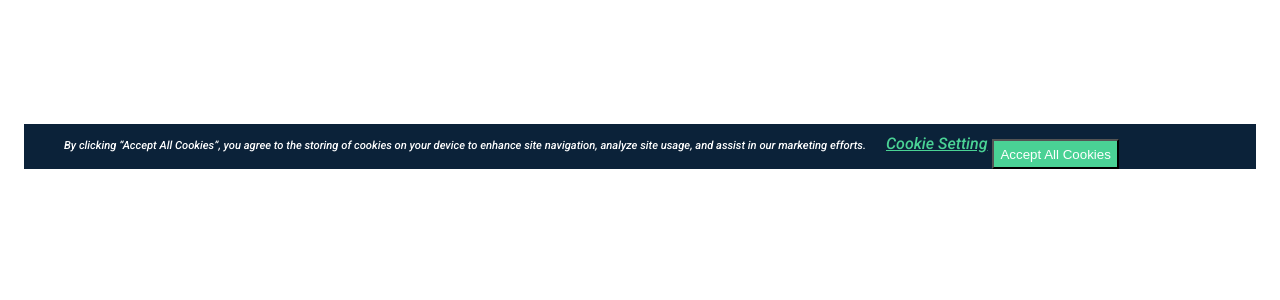
Repository: batonAnton/cursor_cookies_lectr3
Page: index.html
The author's editor kept a copy of each file at every save. The page is drawn from the files as they stood at one save, then again after the next save.
The browser window is 1280 px wide. The pictures show the whole page.

Above is the page before, as saved 2022-06-01 11:16:39.

After the next save:
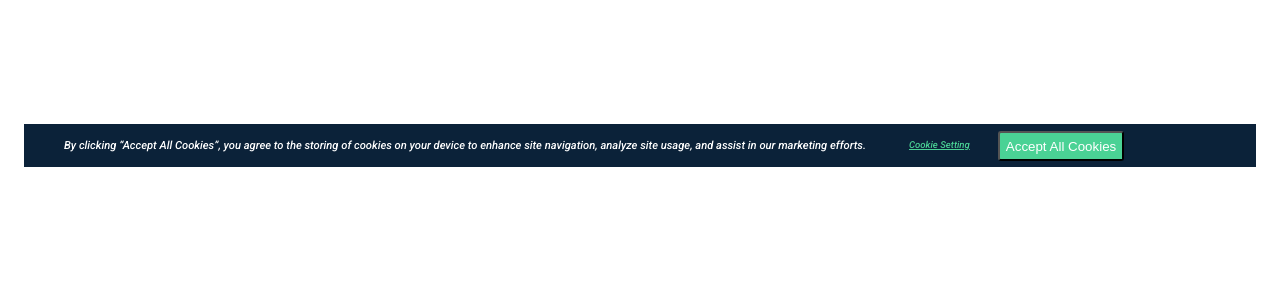
Saved 5 min 3 s later.
--- a/css/style.css
+++ b/css/style.css
@@ -20,18 +20,16 @@ p {
 
 .banner_1 a {
   color: #4ad295;
-  /* margin-left: 100px; */
-  /* margin-top: 30px; */
-  margin: 10px 5px;
+  margin: 15px 28px;
+  font-size: 0.6rem;
   text-transform: capitalize;
 }
 
 .banner_1 button {
   color: #ffffff;
   background-color: #4ad295;
-  margin-top: 15px;
-  /* margin-left: 20px; */
+  margin: 7px 40px 0px 0px;
   height: 30px;
-  margin-right:40px ;
   text-transform: capitalize;
+  border-radius: 3px;
 }
